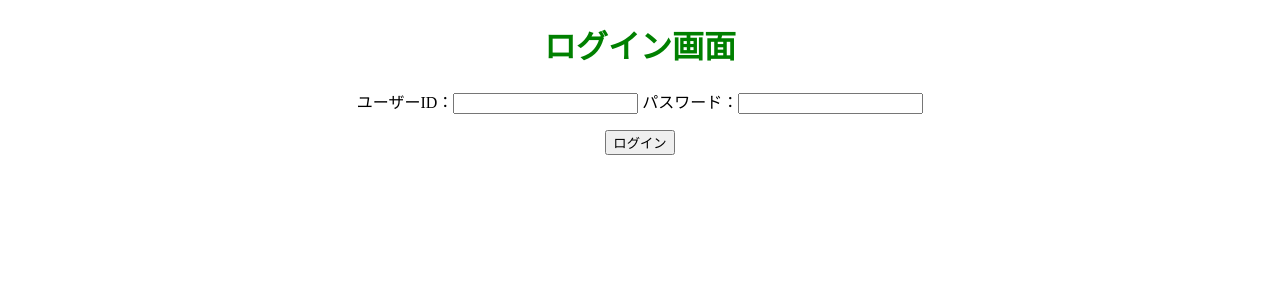
Repository: yasu-0719/Python_Flask
Page: http://localhost/
The author's editor kept a record of every edit. The page is drawn from the files as they stood at one moment, then again after the next edit.
The browser window is 1280 px wide. The pictures show the whole page.
The page is served by the project's application, run on Flask 3 (Python_Flask/app/.~c9_invoke_ByRo0i.py).

Above is the page before.

### Python_Flask/app/templates/login.html
<!DOCTYPE html>
<html>
    <head>
    <meta http-equiv="Pragma" content="no-cache">
    <meta http-equiv="Cache-Control" content="no-cache">
    <link type="text/css" rel="stylesheet" href="{{ url_for('static', filename='index.css') }}"/>
    </head>
    <body>
    <h1 style="text-align: center">ログイン画面</h1>
    <tr class='message'>
        <p>{{ message }}</p>
    </tr>
    <form action="/" method="POST" style="text-align: center">
        ユーザーID：<input type="text" value="" name="user_id">
        パスワード：<input type="text" value="" name="password">
        <p>
            <input type="submit" value="ログイン" name="login" style="text-align: center">
        </p>
    </form>
    </body>
</html>

### Python_Flask/app/.~c9_invoke_ByRo0i.py
#Flaskとrender_template（HTMLを表示させるための関数）をインポート
from flask import Flask, render_template, request, session
from flask_table import Table, Col
import sqlite3
import pandas as pd
import sys

#Flaskオブジェクトの生成
app = Flask(__name__)

app.secret_key = "aaa"

class Sales(object):
    def __init__(self, name, date, price):
        self.name = name
        self.date = date
        self.price = price

class SalesTable(Table):
    name = Col('商品名')
    date = Col('購入日')
    price = Col('価格')

class Users(object):
    def __init__(self, user_name, user_id, password):
        self.user_name = user_name
        self.user_id = user_id
        self.password = password

class UsersTable(Table):
    user_name = Col('ユーザー名')
    user_id = Col('ユーザーID')
    password = Col('パスワード')


@app.route("/", methods=['GET', 'POST', 'PUT', 'DELETE'])
def index():

    return render_template('login.html')


# ログイン画面処理
@app.route("/login", methods=['GET', 'POST', 'PUT', 'DELETE'])
def login():
    print(request.method)
    # データベースに接続する
    conn = sqlite3.connect('Python_Flask/models/sales.db')
    c = conn.cursor()
    if request.method == 'POST':

    # パスワードを確認して、買い物一覧画面に遷移する
        if 'login' in request.form:
            try:
                df = pd.read_sql_query(sql=u"SELECT password FROM users WHERE user_id ='{user_id}'" .format(
                                            user_id=request.form['user_id']), con=conn)
                if len(df) == 0:
                    raise ValueError("存在しないログインIDです。")
                elif request.form['password'] != df.iloc[0, 0]:
                    raise ValueError("パスワードが間違っています。")
                session["login_user"] = request.form['user_id']
                df = pd.read_sql_query(sql=u"SELECT * FROM sales", con=conn)
                conn.close()
                table = list_results(df)
                return render_template('shopping_list.html', login_user=session["login_user"], table=table)

            except ValueError as e:
                conn.close()
                return render_template('login.html', message=e)


# ログアウト処理
@app.route("/logout", methods=['GET', 'POST', 'PUT', 'DELETE'])
def logout():
    print(request.method)
    # データベースに接続する
    conn = sqlite3.connect('Python_Flask/models/sales.db')
    c = conn.cursor()
    if request.method == 'POST':

        # セッション値を削除してログイン画面に遷移する
        if 'logout' in request.form:
            session.pop('user_id', None)
            return render_template('login.html', message="ログアウトしました。")


# CSV関連の処理
@app.route("/csv", methods=['GET', 'POST', 'PUT', 'DELETE'])
def csv():
    print(request.method)
    # データベースに接続する
    conn = sqlite3.connect('Python_Flask/models/sales.db')
    c = conn.cursor()
    if request.method == 'POST':

         # CSVを取り込んだ結果を画面表示する
        if 'input' in request.form:
             # テーブルの作成
            c.execute('''DROP TABLE IF EXISTS sales''')
            c.execute('''CREATE TABLE sales(name text, date text, price real)''')
            # CSVをpandasで取得する
            df = pd.read_csv('Python_Flask/app/static/csv/list.csv')
            # INSERT文作成と実行
            for i in range(len(df.index)):
                c.execute("INSERT INTO sales VALUES ('{name}', '{date}', '{price}')" .format(
                    name=df.iloc[i, 0], date=df.iloc[i, 1], price=df.iloc[i, 2]))
            # 登録した結果を保存（コミット）する
            conn.commit()


        # リストをCSVに出力する
        elif 'output' in request.form:
            df = pd.read_sql_query(sql=u"SELECT * FROM sales", con=conn)
            df.to_csv('Python_Flask/app/static/csv/list.csv', index=False)


    df = pd.read_sql_query(sql=u"SELECT * FROM sales", con=conn)
    conn.close()
    table = list_results(df)
    return render_template('shopping_list.html', login_user=session["login_user"], table=table)

# データの登録、更新、削除
@app.route("/register_shopping_list", methods=['GET', 'POST', 'PUT', 'DELETE'])
def register_shopping_list():
    print(request.method)
    # データベースに接続する
    conn = sqlite3.connect('Python_Flask/models/sales.db')
    c = conn.cursor()
    if request.method == 'POST':

        # 画面から入力した値を登録する
        if 'register' in request.form:
            try:
                # 全ての項目に入力がなかった場合、例外発生させる
                if request.form['name'] == '' or request.form['date'] == '' or request.form['price'] == '':
                    raise ValueError("全ての項目に入力してください。")
                # 入力した値を登録する
                c.execute("INSERT INTO sales VALUES ('{name}', '{date}', '{price}')" .format(
                name=request.form['name'], date=request.form['date'], price=request.form['price']))
                # 結果を保存（コミット）する
                conn.commit()

            except ValueError as e:
                df = pd.read_sql_query(sql=u"SELECT * FROM sales", con=conn)
                conn.close()
                table = list_results(df)
                return render_template('shopping_list.html', login_user=session["login_user"], message=e, table=table)


        # 画面から入力した値を更新する
        elif 'update' in request.form:
            try:
                # 全ての項目に入力がなかった場合、例外発生させる
                if request.form['name'] == '' or request.form['date'] == '' or request.form['price'] == '':
                    raise ValueError("全ての項目に入力してください。")
                # 入力した値で更新する
                c.execute("UPDATE sales SET date = '{date}',price = '{price}' where name = '{name}'" .format(
                        name=request.form['name'], date=request.form['date'], price=request.form['price']))
                # 結果を保存（コミット）する
                conn.commit()

            except ValueError as e:
                df = pd.read_sql_query(sql=u"SELECT * FROM sales", con=conn)
                conn.close()
                table = list_results(df)
                return render_template('shopping_list.html', login_user=session["login_user"], message=e, table=table)


        # 画面から入力した値を削除する
        elif 'delete' in request.form:
            try:
                # 削除する商品名に入力がなかった場合、例外発生させる
                if request.form['name'] == '':
                    raise ValueError("削除する商品名を入力してください。")
                # 入力した値を削除する
                c.execute("DELETE FROM sales WHERE name = '{name}'" .format(name=request.form['name']))
                # 結果を保存（コミット）する
                conn.commit()

            except ValueError as e:
                df = pd.read_sql_query(sql=u"SELECT * FROM sales", con=conn)
                conn.close()
                table = list_results(df)
                return render_template('shopping_list.html', login_user=session["login_user"], message=e, table=table)


    df = pd.read_sql_query(sql=u"SELECT * FROM sales", con=conn)
    conn.close()
    table = list_results(df)
    return render_template('shopping_list.html', login_user=session["login_user"], table=table)


# ユーザ一覧画面への遷移
@app.route("/users_list", methods=['GET', 'POST', 'PUT', 'DELETE'])
def users_list_transit():
    # データベースに接続する
    conn = sqlite3.connect('Python_Flask/models/sales.db')
    df = pd.read_sql_query(sql=u"SELECT * FROM users", con=conn)
    conn.close()
    table = users_list(df)
    # ユーザ一覧画面に遷移する
    return render_template('users_list.html', login_user=session["login_user"], table=table)


# 買い物一覧画面への遷移
@app.route("/shopping_list", methods=['GET', 'POST', 'PUT', 'DELETE'])
def shopping_list_transit():
    # データベースに接続する
    conn = sqlite3.connect('Python_Flask/models/sales.db')
    df = pd.read_sql_query(sql=u"SELECT * FROM sales", con=conn)
    conn.close()
    table = users_list(df)
    # 買い物一覧画面に遷移する
    return render_template('shopping_list.html', login_user=session["login_user"], table=table)


def list_results(df):
    items = []
    for i in range(len(df.index)):
        items.append(Sales(df.iloc[i, 0], df.iloc[i, 1], df.iloc[i, 2]))
    return SalesTable(items)

def users_list(df):
    items = []
    for i in range(len(df.index)):
        items.append(Users(df.iloc[i, 0], df.iloc[i, 1], df.iloc[i, 2]))
    return UsersTable(items)


if __name__ == '__main__':
    app.run(debug=True)

### Python_Flask/app/static/index.css
h1 {
  color: green;
}
table {
   border-collapse: collapse;   /* 隣接するセルの罫線を重ねて表示する */
   font-family: "メイリオ", sans-serif;/* フォントのスタイルを指定する */
   color: #000000;      /* フォントの色を指定する */
   width: 80%;  /* テーブルの横幅を指定する */
 }
 td, th {
  border: 1px solid #000000;   /* 境界線を実線で指定する */
  background-color: rgba(0,0,0,0.3);/* 背景色を指定する */
  text-align: center;  /* インライン要素の位置を指定する */
  padding: 3px;        /* 要素の余白を指定する(上下左右) */
 }
 th {
  background-color: #31A9EE;   /* 見出しの背景色を指定する */
 }

After the next edit:
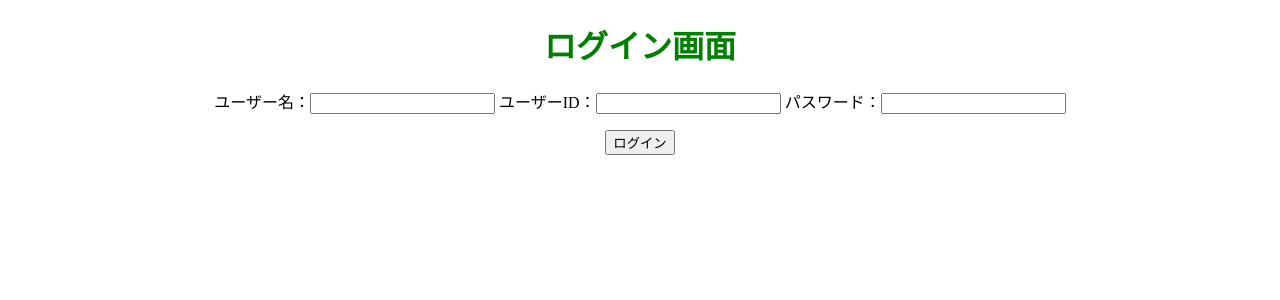
The edit:
--- a/Python_Flask/app/templates/login.html
+++ b/Python_Flask/app/templates/login.html
@@ -11,6 +11,7 @@
         <p>{{ message }}</p>
     </tr>
     <form action="/" method="POST" style="text-align: center">
+        ユーザー名：<input type="text" value="" name="user_name">
         ユーザーID：<input type="text" value="" name="user_id">
         パスワード：<input type="text" value="" name="password">
         <p>
